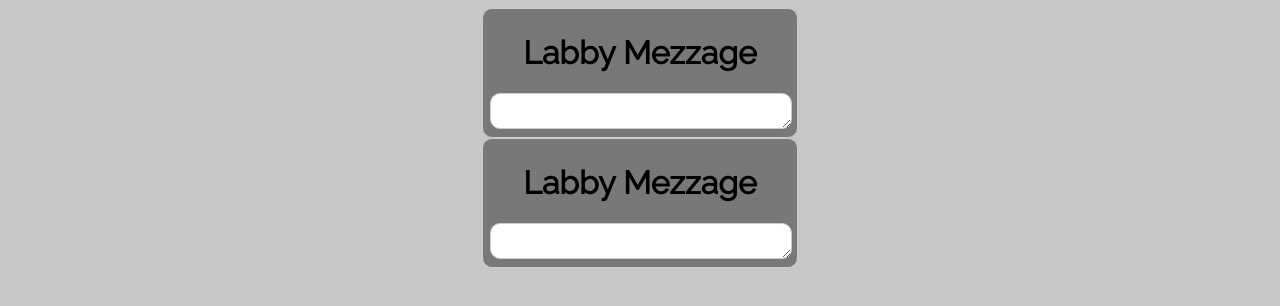
Repository: Angamanga/1dv403-laborationer
Page: 2-labbymezzage/index.html
The author's editor kept a record of every edit. The page is drawn from the files as they stood at one moment, then again after the next edit.
The browser window is 1280 px wide. The pictures show the whole page.
Some web fonts or font styles are not loaded; a fallback is used.

Above is the page before.
Console error: TypeError: Cannot read properties of null (reading 'addEventListener')

After the next edit:
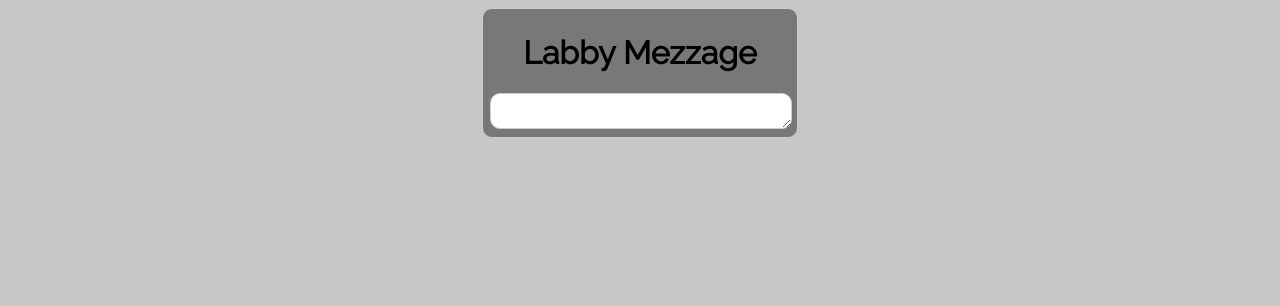
The edit:
--- a/2-labbymezzage/index.html
+++ b/2-labbymezzage/index.html
@@ -25,14 +25,7 @@
             <p class="counter"></p>
             <textarea class="messageInput"></textarea>
         </div>
-        <div id="board2">
-            <header>
-                <h1>Labby Mezzage</h1>
-            </header>
-            <div class="container"></div>
-            <p class="counter"></p>
-            <textarea class="messageInput"></textarea>
-        </div>
+
 
     </main>
 </body>
